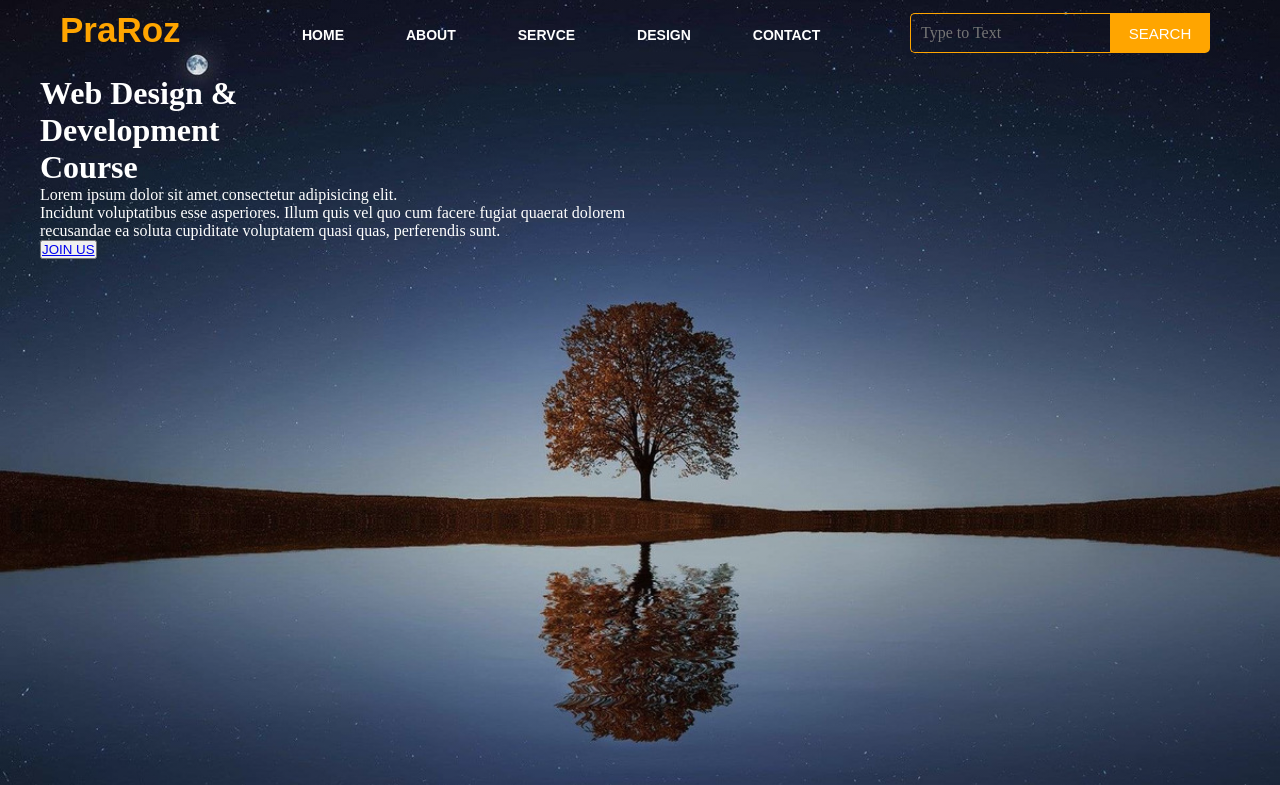
Repository: HuynhDuc23/project3
Page: index.html
These files come from the project's save history. The page is drawn as it stood at one moment and after the next save; the edit follows.
The browser window is 1280 px wide. The pictures show the whole page.

Above is the page before, as saved 2023-05-04 15:06:00.

After the next save:
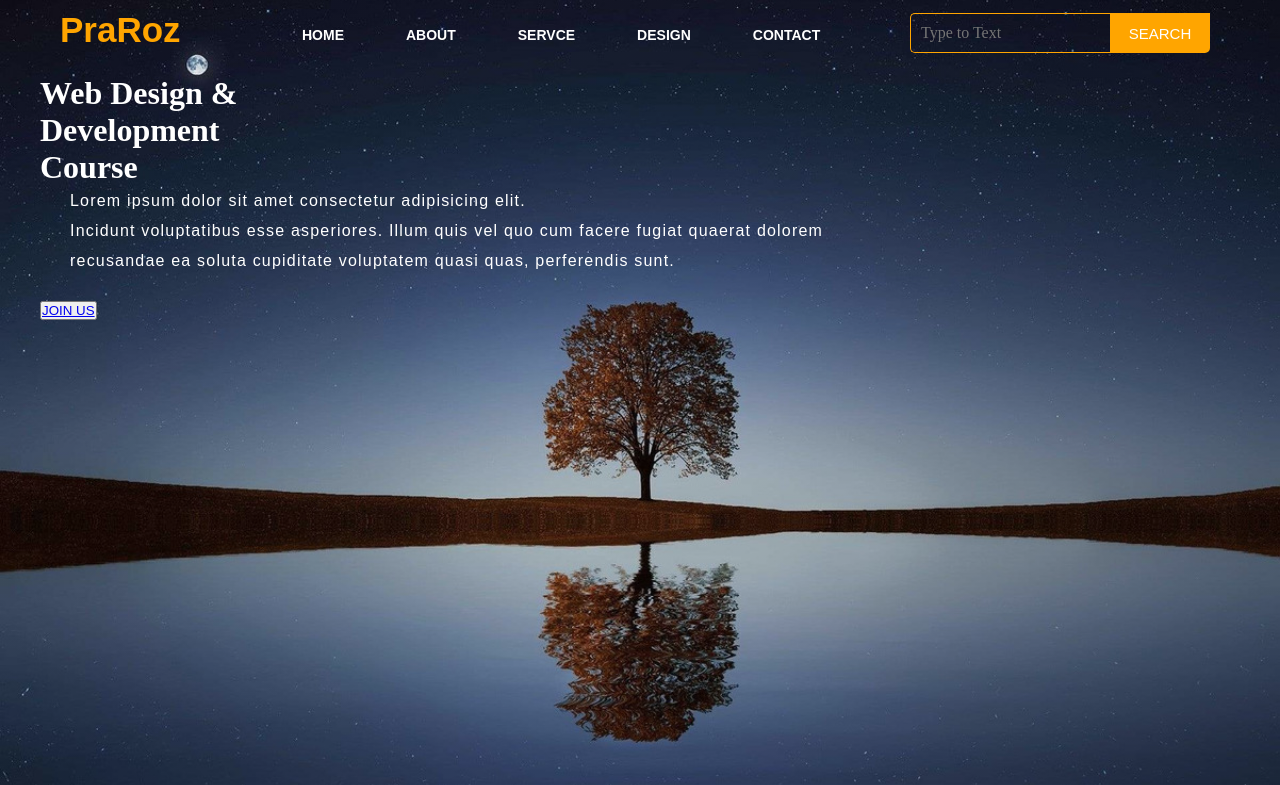
Saved 90 s later.
--- a/style.css
+++ b/style.css
@@ -109,3 +109,10 @@ ul li a:hover {
     color: white;
     position: relative;
 }
+.content .para {
+    padding-left: 30px;
+    padding-bottom: 25px;
+    font-family: Arial, Helvetica, sans-serif;
+    letter-spacing: 1.2px;
+    line-height: 30px;
+}
